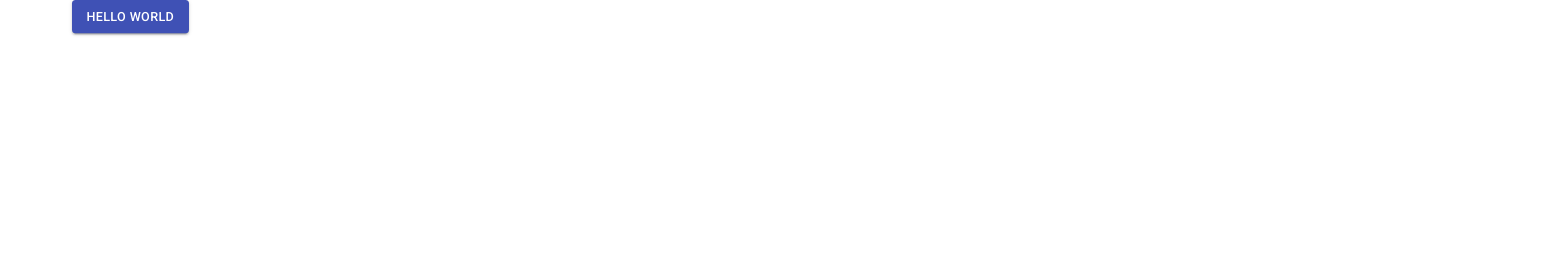
Repository: cherguiyacine/gitHubSearch
Page: /
These files come from the project's save history. The page is drawn as it stood at one moment and after the next save; the edit follows.
The browser window is 1280 px wide. The page is 1280 px wide, then 1730 px, so the pictures cover 1730 px, including what lies to the right of the window. The pictures show the whole page, at 90% of full size.
The project was rebuilt for these pictures with package versions that can differ from the ones it lists, and the page was loaded fresh each time. Also part of the build but not shown: src/Component/Layout/Navbar.js, src/Component/Users/UserItem.js, src/Component/Layout/Spinner.js, src/Component/Users/Users.js, src/Component/Users/Search.js, src/App.js.

Above is the page before, as saved 2019-11-21 23:04:06.

After the next save:
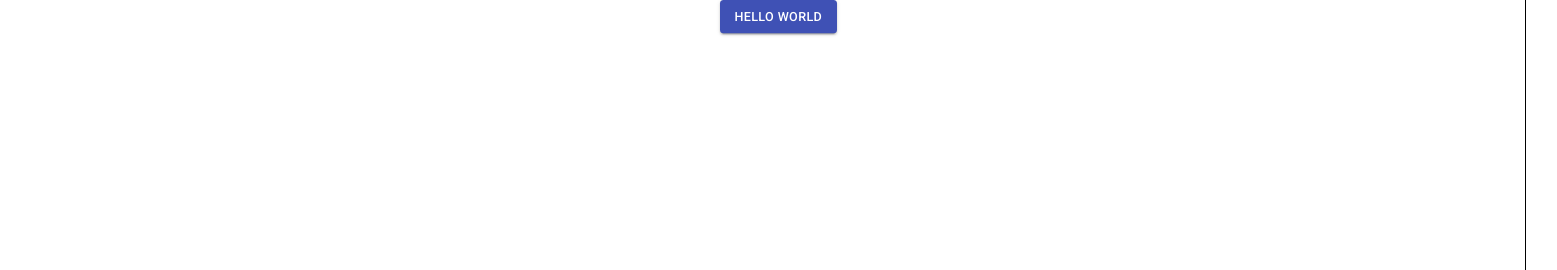
Saved 11 s later.
--- a/src/Authentification.js
+++ b/src/Authentification.js
@@ -5,7 +5,7 @@ import { Box } from "@material-ui/core";
 export class Authentification extends Component {
   render() {
     return (
-      <Box component='span' m={10}>
+      <Box component='span' m={100}>
         <Button variant='contained' color='primary'>
           Hello World
         </Button>
